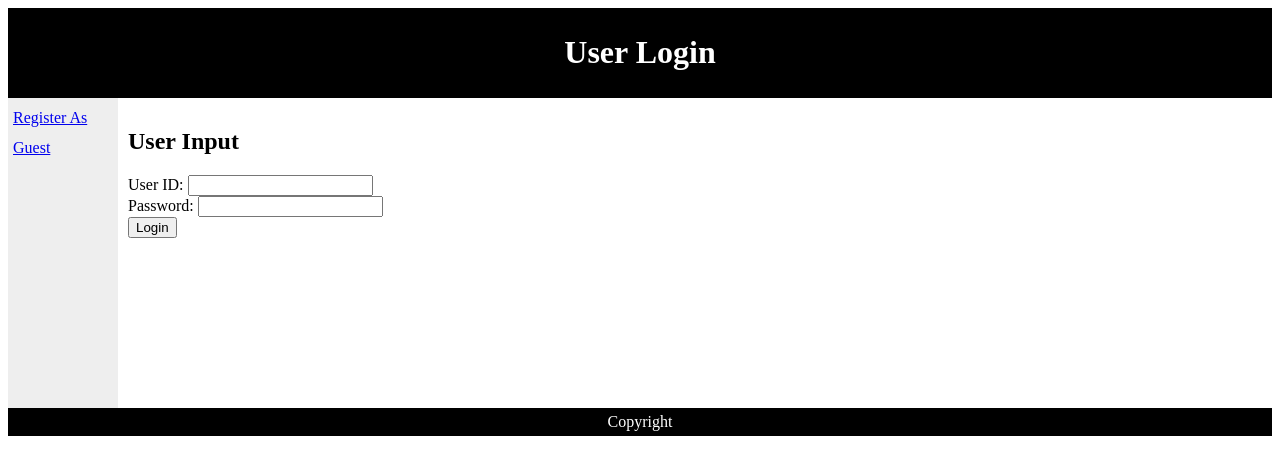
Repository: dreamxia329/TechExercise4830
Page: T3-0325-xia/T3-webProject-Xia/WebContent/login.html
The author's editor kept a copy of each file at every save. The page is drawn from the files as they stood at one save, then again after the next save.
The browser window is 1280 px wide. The pictures show the whole page.

Above is the page before, as saved 2022-03-31 00:29:40.

After the next save:
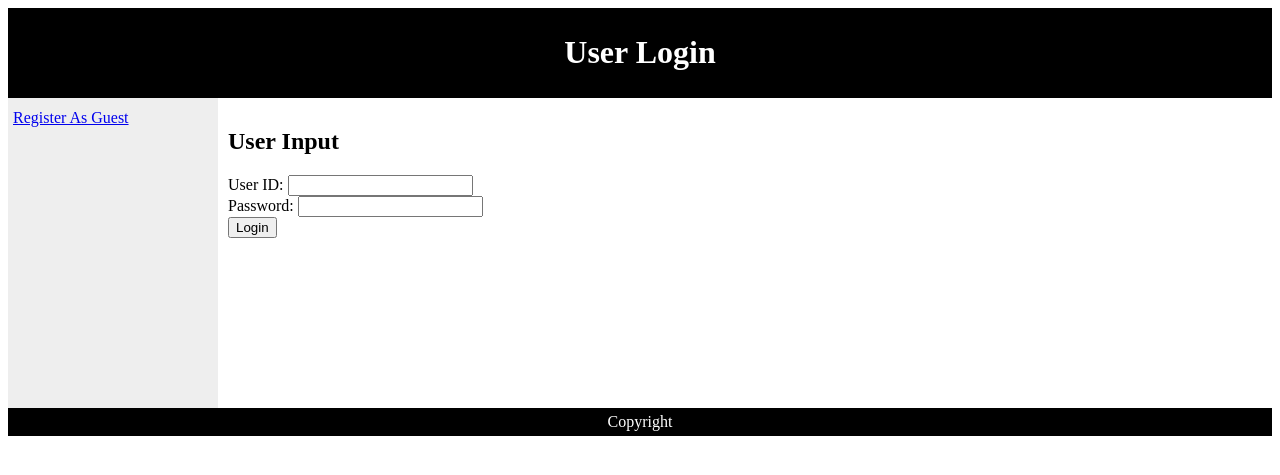
Saved 23 s later.
--- a/T3-0325-xia/T3-webProject-Xia/WebContent/login.html
+++ b/T3-0325-xia/T3-webProject-Xia/WebContent/login.html
@@ -12,7 +12,7 @@ nav {
 	line-height: 30px;
 	background-color: #eeeeee;
 	height: 300px;
-	width: 100px;
+	width: 200px;
 	float: left;
 	padding: 5px;
 }
